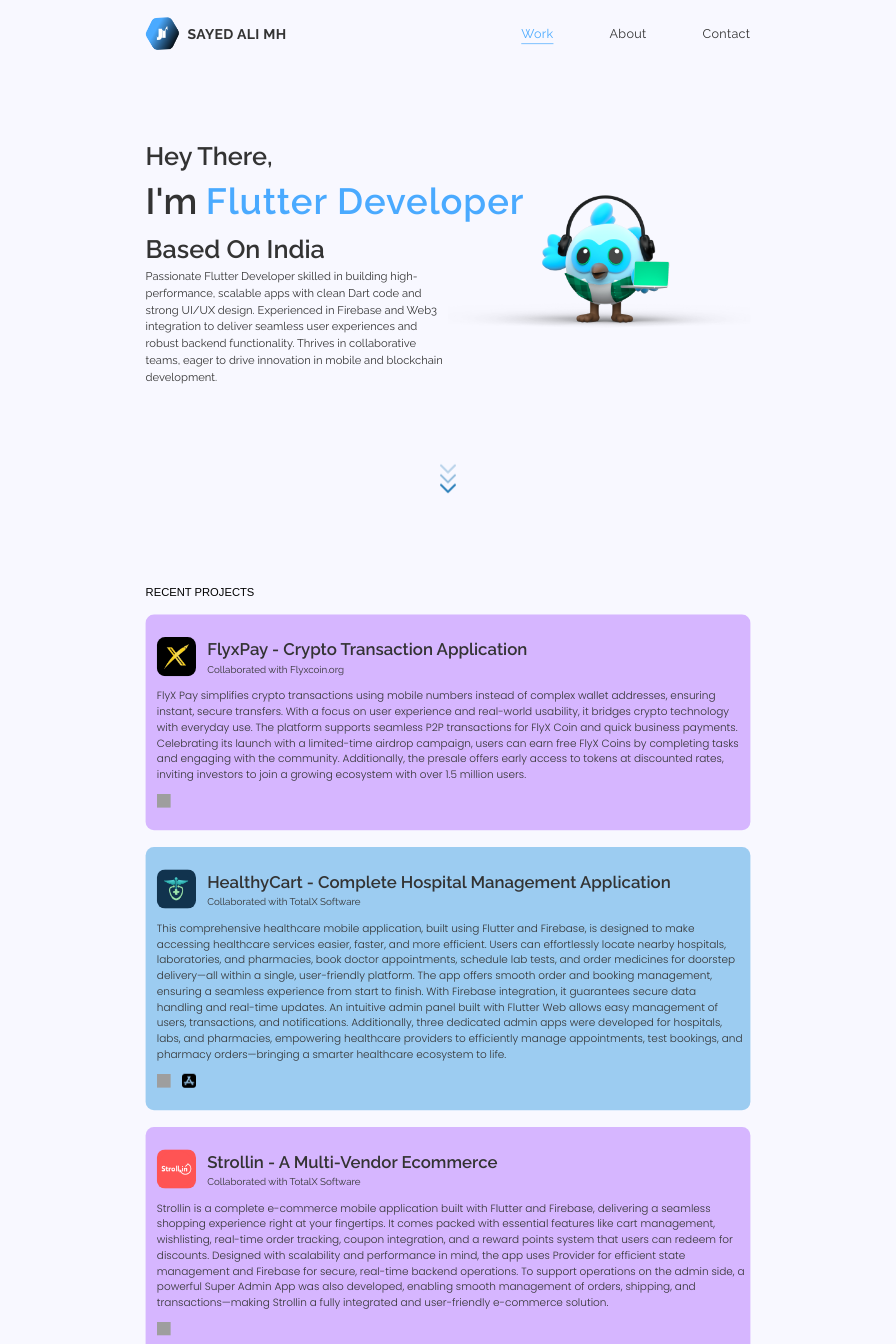
Repository: sayedali-2129/sayedali-portfolio
Page: /
The author's editor kept a copy of each file at every save. The page is drawn from the files as they stood at one save, then again after the next save.
The browser window is 1280 px wide. The pictures show the part of the page from y = 0 to 1920 px (the page is 3045 px tall), at 70% of full size.
Pictures or frames that could not be fetched are drawn as grey boxes. The project was rebuilt for these pictures with package versions that can differ from the ones it lists, and the page was loaded fresh each time. The framework's server and built-in components were replaced by stand-ins that run in the browser. Also part of the build but not shown: next.config.ts.

Above is the page before, as saved 2025-05-20 11:39:39.

### src/features/home/presentation/Home.tsx
import dynamic from "next/dynamic";

const NavBar = dynamic(() => import("../components/NavBar"), { ssr: true });
const ProfileBody = dynamic(() => import("../components/ProfileBody"), {
  ssr: true,
});
const RecentWorks = dynamic(() => import("../components/RecentWorks"), {
  ssr: true,
});

function Home() {
  return (
    <div className="overflow-hidden">
      <NavBar />
      <ProfileBody />
      <RecentWorks />
    </div>
  );
}

export default Home;

### src/features/home/components/NavBar.tsx
"use client";

import CloseIcon from "@/assets/icons/close-icon.png";
import Logo from "@/assets/icons/logo.png";
import MenuIcon from "@/assets/icons/menu.png";
import Image from "next/image";
import Link from "next/link";
import { usePathname } from "next/navigation";
import { useEffect, useState } from "react";

export default function NavBar() {
  const [showMenu, setShowMenu] = useState(false);
  const [mounted, setMounted] = useState(false);
  const pathname = usePathname();

  useEffect(() => {
    setMounted(true);
  }, []);

  const openMenu = () => {
    setShowMenu(!showMenu);
  };

  const navBarItemClass =
    "text-TextColor sm:font-RalewayRegular sm:text-lg text-[16px] font-RalewaySemiBold tracking-wide hover:cursor-pointer hover:text-TextBlue";

  return (
    <div className="z-50 md:h-24 h-20 w-full bg-BackGroundColor fixed xl:px-52 md:px-32 sm:px-16 px-4 flex flex-row items-center justify-between">
      <ul className="flex gap-2 items-center">
        <li>
          <Link href="/">
            <Image
              src={Logo}
              alt="SAYED ALI MH LOGO"
              className="md:h-12 md:w-12 h-10 w-10"
            />
          </Link>
        </li>
        <li>
          <Link
            href="/"
            className="ml-1 text-TextColor md:text-xl text-[16px] font-RalewayBold tracking-wide"
          >
            SAYED ALI MH
          </Link>
        </li>
      </ul>

      <ul className="hidden sm:flex flex-row xl:gap-20 md:gap-14 sm:gap-9">
        <li>
          <Link
            href="/"
            className={`${
              pathname === "/"
                ? "text-TextBlue underline underline-offset-8"
                : "text-TextColor"
            } sm:font-RalewayRegular sm:text-lg text-[16px] font-RalewaySemiBold tracking-wide hover:cursor-pointer hover:text-TextBlue`}
          >
            Work
          </Link>
        </li>

        <li>
          <Link
            href="/about"
            className={`${
              pathname === "/about"
                ? "text-TextBlue underline underline-offset-8"
                : "text-TextColor"
            } sm:font-RalewayRegular sm:text-lg text-[16px] font-RalewaySemiBold tracking-wide hover:cursor-pointer hover:text-TextBlue`}
          >
            About
          </Link>
        </li>

        <li>
          <a
            href="mailto:sayedalimh@gmail.com"
            target="_blank"
            rel="noopener noreferrer"
            className={navBarItemClass}
          >
            Contact
          </a>
        </li>
      </ul>
      <Image
        src={MenuIcon}
        alt="Menu Icon"
        onClick={openMenu}
        className="flex sm:hidden h-8 w-8 hover:cursor-pointer"
      />
      {mounted && (
        <>
          <div
            className={`fixed inset-0 bg-black/50 transition-opacity duration-300 sm:hidden ${
              showMenu ? "opacity-100" : "opacity-0 pointer-events-none"
            }`}
            onClick={openMenu}
          />
          <div
            className={`z-50 flex sm:hidden flex-col gap-2 rounded-xl absolute top-24 left-1/2 transform -translate-x-1/2 bg-BackGroundColor p-3 w-60 items-center transition-all duration-300 ${
              showMenu
                ? "opacity-100 translate-y-0"
                : "opacity-0 -translate-y-4 pointer-events-none"
            }`}
          >
            <div className="flex flex-row justify-end w-full">
              <Image
                src={CloseIcon}
                alt="Menu Close Icon"
                onClick={openMenu}
                className="h-6 w-6 hover:cursor-pointer"
              />
            </div>
            <Link href="/" className={navBarItemClass}>
              Work
            </Link>
            <Link href="/about" className={navBarItemClass}>
              About
            </Link>
            <a
              href="mailto:sayedalimh@gmail.com"
              target="_blank"
              rel="noopener noreferrer"
              className={navBarItemClass}
            >
              Contact
            </a>
          </div>
        </>
      )}
    </div>
  );
}

### src/features/home/components/ProfileBody.tsx
"use client";

import FlutterImg from "@/assets/images/flutter-bird.png";
import ScrollDownLottie from "@/assets/lottie/scroll-down.json";
import Lottie from "lottie-react";
import Image from "next/image";
import { useEffect, useState } from "react";
import RotatingText from "./RotatingText";

export default function ProfileBody() {
  const [mounted, setMounted] = useState(false);

  useEffect(() => {
    setMounted(true);
  }, []);

  return (
    <>
      <div className="md:mt-32 mt-24 xl:px-52 md:px-20 sm:px-12 px-2 flex flex-wrap items-center justify-center">
        <div className="md:w-1/2 w-full order-2 md:order-1 md:h-[530px] h-80 flex flex-col justify-center">
          <h2 className="xl:text-[36px] md:text-[30px] text-[26px] text-TextColor font-RalewaySemiBold">
            Hey There,
          </h2>

          <ul className="flex flex-row items-start gap-3 md:h-20 h-14">
            <li>
              <h2 className="xl:text-[52px] md:text-[45px] sm:text-[39px] text-[34px] text-TextColor font-RalewaySemiBold">
                I'm
              </h2>
            </li>
            <li>
              <RotatingText />
            </li>
          </ul>
          <h3 className="text-[36px] text-TextColor font-RalewaySemiBold">
            Based On India
          </h3>
          <p className="text-TextColor font-RalewayRegular pb-10">
            Passionate Flutter Developer skilled in building high-performance,
            scalable apps with clean Dart code and strong UI/UX design.
            Experienced in Firebase and Web3 integration to deliver seamless
            user experiences and robust backend functionality. Thrives in
            collaborative teams, eager to drive innovation in mobile and
            blockchain development.
          </p>
        </div>
        <div className="md:w-1/2 order-1 md:order-2 md:h-[530px] h-72 md:pb-20 pt-6 justify-center items-center">
          <Image
            src={FlutterImg}
            alt="Flutter Developer"
            className="h-full w-full object-contain"
          />
        </div>
      </div>

      {mounted && (
        <Lottie
          animationData={ScrollDownLottie}
          loop={true}
          autoplay={true}
          className="md:h-12 h-10"
        />
      )}
    </>
  );
}

### src/features/home/components/RecentWorks.tsx
import recentWorks from "../data/RecentWorksData";
import RecentWorkFrame from "./RecentWorkFrame";

export default function RecentWorks() {
  return (
    <div className="md:mt-32 mt-16 xl:px-52 md:px-20 sm:px-12 px-2 pb-16">
      <div className="flex flex-col items-center justify-center gap-6">
        <div className="xl:w-full flex flex-row h-5 justify-start items-start w-full">
          <h4>RECENT PROJECTS</h4>
        </div>
        {recentWorks.map((work, index) => (
          <RecentWorkFrame
            key={index}
            title={work.title}
            description={work.description}
            image={work.image.src}
            color={work.color}
            playstoreLink={work.playstoreLink}
            appstoreLink={work.appstoreLink}
            collabWith={work.collabWith}
          />
        ))}
      </div>
    </div>
  );
}

### src/features/home/components/RotatingText.tsx
"use client";

import { AnimatePresence, motion } from "framer-motion";
import { useEffect, useState } from "react";

export default function RotatingText() {
  const TEXTS = ["Sayed Ali MH", "Flutter Developer"];
  const [index, setIndex] = useState(0);

  useEffect(() => {
    const intervalId = setInterval(() => {
      setIndex((prev) => (prev + 1) % TEXTS.length);
    }, 3000);
    return () => clearInterval(intervalId);
  }, []);

  return (
    <div>
      <AnimatePresence mode="wait">
        <motion.span
          key={TEXTS[index]} // important for re-render
          initial={{ opacity: 0, y: 4 }}
          animate={{ opacity: 1, y: 0 }}
          exit={{ opacity: 0, y: -5 }}
          transition={{ duration: 0.5 }}
          className="xl:text-[52px] md:text-[45px] sm:text-[39px] text-[34px] font-RalewaySemiBold tracking-wide text-TextBlue absolute"
        >
          {TEXTS[index]}
        </motion.span>
      </AnimatePresence>
    </div>
  );
}

### src/features/home/data/RecentWorksData.js
import chahel from "@/assets/images/works/chahel.jpg";
import flyx from "@/assets/images/works/flyx.png";
import healthyCart from "@/assets/images/works/healthycart.png";
import kurikkal from "@/assets/images/works/kurikkal.jpg";
import sayidCj from "@/assets/images/works/sayidCj.jpg";
import strollin from "@/assets/images/works/strollin.png";

const recentWorks = [
  {
    index: 0,
    title: "FlyxPay - Crypto Transaction Application",
    collabWith: "Flyxcoin.org",
    description:
      "FlyX Pay simplifies crypto transactions using mobile numbers instead of complex wallet addresses, ensuring instant, secure transfers. With a focus on user experience and real-world usability, it bridges crypto technology with everyday use. The platform supports seamless P2P transactions for FlyX Coin and quick business payments. Celebrating its launch with a limited-time airdrop campaign, users can earn free FlyX Coins by completing tasks and engaging with the community. Additionally, the presale offers early access to tokens at discounted rates, inviting investors to join a growing ecosystem with over 1.5 million users. ",
    image: flyx,
    color: "#D6B6FF",
    playstoreLink: "https://play.google.com/store/apps/details?id=com.flyx.pay",
    appstoreLink: undefined,
  },
  {
    index: 1,
    title: "HealthyCart - Complete Hospital Management Application",
    description:
      "This comprehensive healthcare mobile application, built using Flutter and Firebase, is designed to make accessing healthcare services easier, faster, and more efficient. Users can effortlessly locate nearby hospitals, laboratories, and pharmacies, book doctor appointments, schedule lab tests, and order medicines for doorstep delivery—all within a single, user-friendly platform. The app offers smooth order and booking management, ensuring a seamless experience from start to finish. With Firebase integration, it guarantees secure data handling and real-time updates. An intuitive admin panel built with Flutter Web allows easy management of users, transactions, and notifications. Additionally, three dedicated admin apps were developed for hospitals, labs, and pharmacies, empowering healthcare providers to efficiently manage appointments, test bookings, and pharmacy orders—bringing a smarter healthcare ecosystem to life.",
    collabWith: "TotalX Software",
    image: healthyCart,
    color: "#9CCCF1",
    playstoreLink:
      "https://play.google.com/store/apps/details?id=com.healthy_cart_user",
    appstoreLink: "https://apps.apple.com/in/app/healthy-cart/id6740842513",
  },
  {
    index: 2,
    title: "Strollin - A Multi-Vendor Ecommerce",
    description:
      "Strollin is a complete e-commerce mobile application built with Flutter and Firebase, delivering a seamless shopping experience right at your fingertips. It comes packed with essential features like cart management, wishlisting, real-time order tracking, coupon integration, and a reward points system that users can redeem for discounts. Designed with scalability and performance in mind, the app uses Provider for efficient state management and Firebase for secure, real-time backend operations. To support operations on the admin side, a powerful Super Admin App was also developed, enabling smooth management of orders, shipping, and transactions—making Strollin a fully integrated and user-friendly e-commerce solution.",
    collabWith: "TotalX Software",
    image: strollin,
    color: "#D6B6FF",
    playstoreLink: "https://play.google.com/store/apps/details?id=com.strollin",
    appstoreLink: undefined,
  },
  {
    index: 3,
    title: "Sayid CJ - Video Streaming and Chat Mobile App",
    description:
      "Sayid CJ is an educational app developed under Total X Softwares, crafted to empower learners with practical and impactful training in business accounting, taxation, and personal development. The app features high-quality video lessons, downloadable PDFs for offline access, and an interactive chat system that supports voice, image, and text communication with admins—creating an engaging and supportive learning environment. Learners can mark lessons as favorites for easy reference, ensuring a personalized experience. Built with Flutter, powered by Firebase, and managed using Provider for smooth performance, Tasc By Sayid CJ brings flexible, accessible, and career-focused learning to your fingertips.",
    collabWith: "TotalX Software",
    image: sayidCj,
    color: "#9CCCF1",
    playstoreLink: "https://play.google.com/store/apps/details?id=com.sayidcj",
    appstoreLink:
      "https://apps.apple.com/us/app/tasc-buz-powered-by-sayid-cj/id6738337961",
  },
  {
    index: 4,
    title: "Kurikkal - An Ecommerce Application",
    description:
      "Kurikkal Business Park is a wholesale e-commerce mobile application built with Flutter and Firebase. It comes with essential features like cart management, wishlisting, real-time order tracking, credit and wallet option. Designed with scalability and performance in mind, the app uses Provider for efficient state management and Firebase for secure, real-time backend operations. To support operations on the admin side, a powerful Super Admin App was also developed, enabling smooth management of orders, shipping, and transactions—making Kurikkal a fully integrated and user-friendly e-commerce solution.",
    collabWith: "TotalX Software",
    image: kurikkal,
    color: "#D6B6FF",
    playstoreLink:
      "https://play.google.com/store/apps/details?id=com.kurikkalBusinessPark",
    appstoreLink: undefined,
  },
  {
    index: 5,
    title: "Chahel - Education Video Streaming Application",
    description:
      "Chahel – The e-Learning App is a comprehensive mobile and web-based solution designed to enhance the student learning experience across Android, iOS, and web platforms. Built using Flutter. Chahel offers a smooth, responsive interface tailored for modern learners. The app features engaging video lessons that make complex subjects easy to understand, downloadable PDF notes for offline study, and interactive quizzes to reinforce knowledge retention. With a dedicated admin web panel for efficient content and user management, Chahel is more than just a learning app—it’s a complete educational companion built to support students anytime, anywhere.",
    collabWith: "TotalX Software",
    image: chahel,
    color: "#9CCCF1",
    playstoreLink:
      "http://play.google.com/store/apps/details?id=com.chahel_learning",
    appstoreLink: undefined,
  },
];

export default recentWorks;

### src/features/home/components/RecentWorkFrame.tsx
"use client";

import appstore from "@/assets/icons/appstore.png";
import playstore from "@/assets/icons/playstore.png";
import { motion, useInView } from "framer-motion";
import Image from "next/image";
import { useRef } from "react";

interface RecentWorkFrameProps {
  title: string;
  description: string;
  image: string;
  color: string;
  playstoreLink: string | undefined;
  appstoreLink: string | undefined;
  collabWith: string;
}

export default function RecentWorkFrame({
  title,
  description,
  image,
  color,
  playstoreLink,
  appstoreLink,
  collabWith,
}: RecentWorkFrameProps) {
  const ref = useRef(null);
  const isInView = useInView(ref, { once: true, margin: "-100px" });

  return (
    <motion.div
      ref={ref}
      initial={{ opacity: 0, x: 100 }}
      animate={isInView ? { opacity: 1, x: 0 } : { opacity: 0, x: 100 }}
      transition={{ duration: 0.5, ease: "easeOut" }}
      className="md:w-full w-full py-8 flex flex-col gap-4 pl-4 pr-2 rounded-xl"
      style={{ backgroundColor: color }}
    >
      <div className="flex flex-row items-start">
        <Image
          src={image}
          alt={title}
          width={56}
          height={56}
          className="md:h-14 h-12 rounded-xl object-contain"
        />
        <ul className="flex flex-col justify-center px-4">
          <li>
            <h4 className="font-RalewaySemiBold md:text-[24px] text-[16px] text-TextColor">
              {title}
            </h4>
          </li>
          <li>
            <p className="font-RalewayRegular md:text-[14px] text-[11px] text-TextColor">
              Collaborated with {collabWith}
            </p>
          </li>
        </ul>
      </div>

      <div className="w-full">
        <p className="font-PoppinsLight  md:text-[15px] text-[12px] text-TextColor">
          {description}
        </p>
      </div>
      <div className="flex flex-row gap-4">
        <a href={playstoreLink} target="_blank" rel="noopener noreferrer">
          <Image
            src={playstore}
            alt="playstore"
            width={20}
            height={20}
            className="md:w-5 md:h-5 w-4 h-4"
          />
        </a>
        {appstoreLink !== undefined && (
          <a href={appstoreLink} target="_blank" rel="noopener noreferrer">
            <Image
              src={appstore}
              alt="appstore"
              width={20}
              height={20}
              className="md:w-5 md:h-5 w-4 h-4"
            />
          </a>
        )}
      </div>
    </motion.div>
  );
}

// SLIDE UPTO CENTER

// "use client";

// import appstore from "@/assets/icons/appstore.png";
// import playstore from "@/assets/icons/playstore.png";
// import { motion, useInView } from "framer-motion";
// import { useRef } from "react";

// interface RecentWorkFrameProps {
//   title: string;
//   description: string;
//   image: string;
//   color: string;
//   playstoreLink: string | undefined;
//   appstoreLink: string | undefined;
//   collabWith: string;
// }

// export default function RecentWorkFrame({
//   title,
//   description,
//   image,
//   color,
//   playstoreLink,
//   appstoreLink,
//   collabWith,
// }: RecentWorkFrameProps) {
//   const ref = useRef(null);
//   const isInView = useInView(ref, { once: true, margin: "-100px" });

//   return (
//     <motion.div
//       ref={ref}
//       initial={{ opacity: 0, y: 50 }}
//       animate={isInView ? { opacity: 1, y: 0 } : { opacity: 0, y: 50 }}
//       transition={{ duration: 0.5, ease: "easeOut" }}
//       className="md:w-full w-full py-8 flex flex-col gap-4 pl-4 pr-2 rounded-xl"
//       style={{ backgroundColor: color }}
//     >
//       <div className="flex flex-row items-start">
//         <img src={image} alt={title} className="md:h-14 h-12 rounded-xl" />
//         <ul className="flex flex-col justify-center px-4">
//           <li>
//             <h4 className="font-RalewaySemiBold md:text-[24px] text-[16px] text-TextColor">
//               {title}
//             </h4>
//           </li>
//           <li>
//             <p className="font-RalewayRegular md:text-[14px] text-[11px] text-TextColor">
//               Collaborated with {collabWith}
//             </p>
//           </li>
//         </ul>
//       </div>

//       <div className="w-full">
//         <p className="font-PoppinsLight  md:text-[15px] text-[12px] text-TextColor">
//           {description}
//         </p>
//       </div>
//       <div className="flex flex-row gap-4">
//         <a href={playstoreLink} target="_blank" rel="noopener noreferrer">
//           <img
//             src={playstore.src}
//             alt="playstore"
//             className="md:w-5 md:h-5 w-4 h-4"
//           />
//         </a>
//         {appstoreLink !== undefined && (
//           <a href={appstoreLink} target="_blank" rel="noopener noreferrer">
//             <img
//               src={appstore.src}
//               alt="appstore"
//               className="md:w-5 md:h-5 w-4 h-4"
//             />
//           </a>
//         )}
//       </div>
//     </motion.div>
//   );
// }

Loaded but not shown: src/app/layout.tsx (common file); src/app/page.tsx (common file); src/app/globals.css (common file); src/assets/lottie/scroll-down.json (1 lines, source omitted)

After the next save:
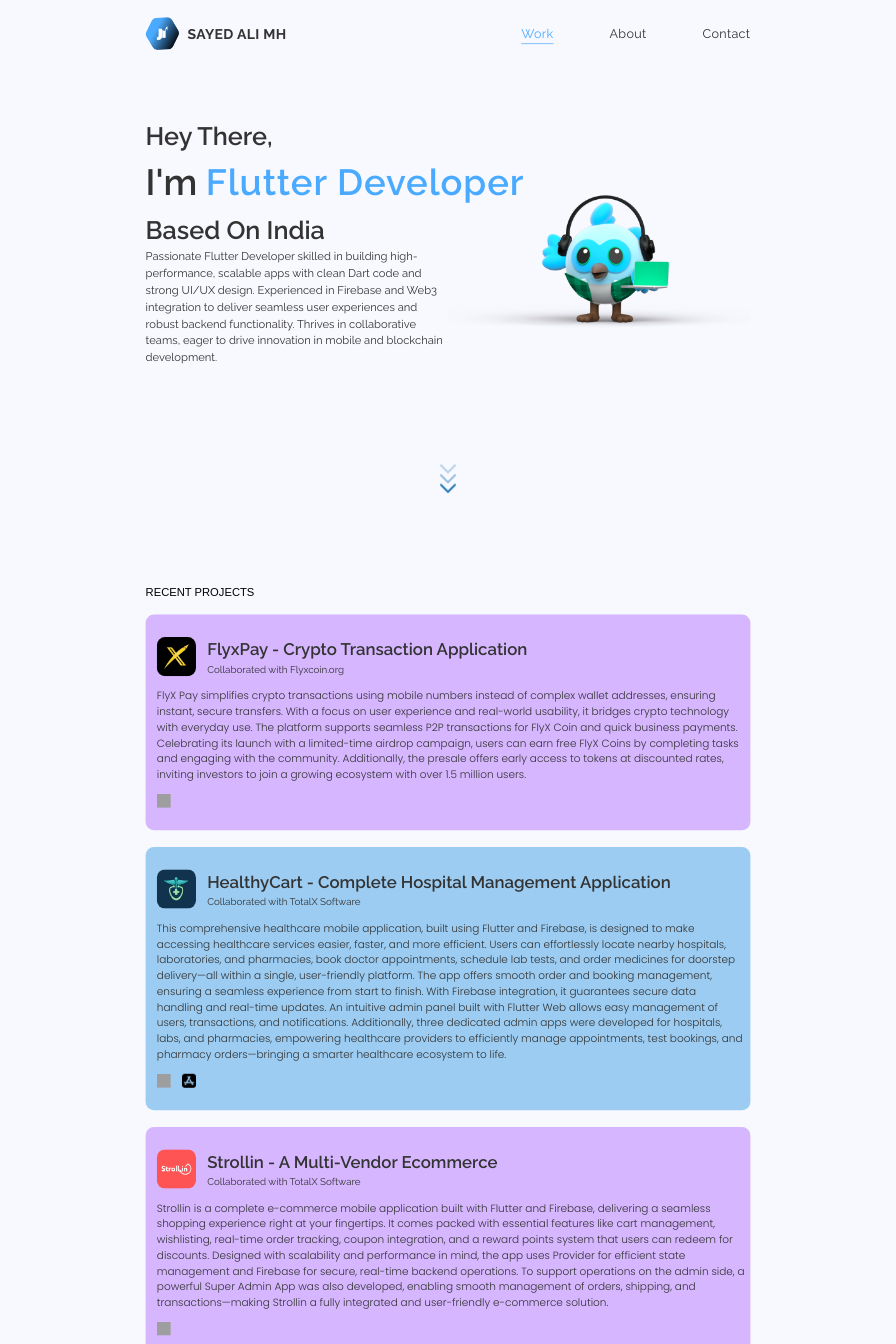
Saved 11 s later.
--- a/src/features/home/components/ProfileBody.tsx
+++ b/src/features/home/components/ProfileBody.tsx
@@ -35,7 +35,7 @@
           <h3 className="text-[36px] text-TextColor font-RalewaySemiBold">
             Based On India
           </h3>
-          <p className="text-TextColor font-RalewayRegular pb-10">
+          <p className="text-TextColor font-RalewayRegular pb-24">
             Passionate Flutter Developer skilled in building high-performance,
             scalable apps with clean Dart code and strong UI/UX design.
             Experienced in Firebase and Web3 integration to deliver seamless
